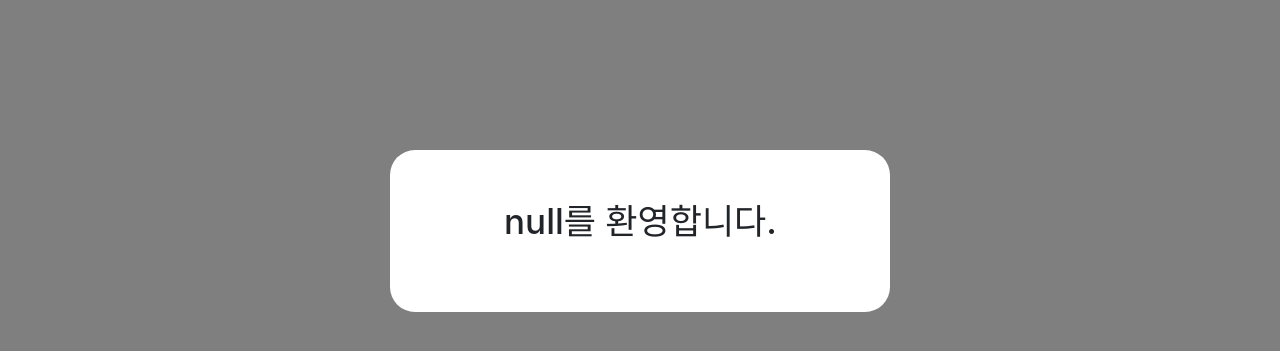
Repository: Jungsol/Servlet_JSP_study
Page: http://localhost/JSP/ex13Login/loginTrue.jsp
The author's editor kept a copy of each file at every save. The page is drawn from the files as they stood at one save, then again after the next save.
The browser window is 1280 px wide. The pictures show the whole page.
Some web libraries are served in a nearby version. The page is served by Tomcat 9.

Above is the page before, as saved 2023-06-19 12:01:40.
Console error: TypeError: Cannot read properties of undefined (reading 'fn')

After the next save:
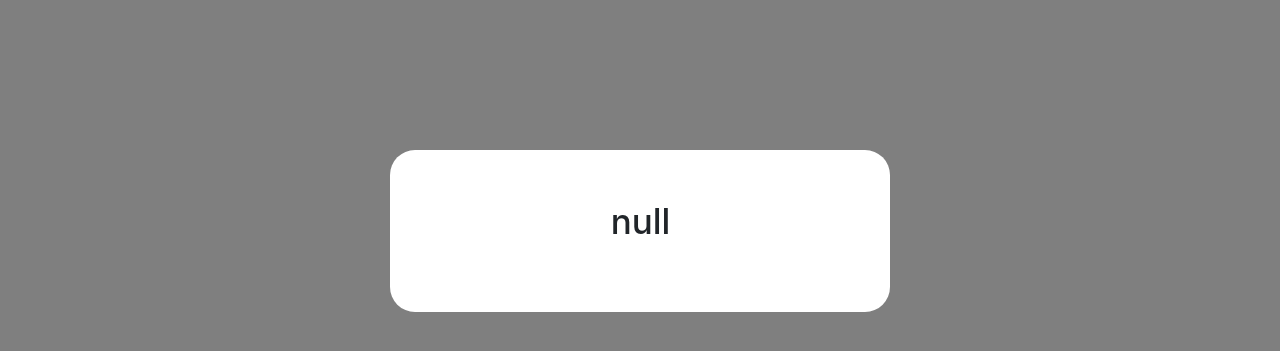
Saved 6 min 4 s later.
--- a/JSP/src/main/webapp/ex13Login/loginTrue.jsp
+++ b/JSP/src/main/webapp/ex13Login/loginTrue.jsp
@@ -15,7 +15,8 @@
 		<div class="main-div">
 			<div class="panel">
 				<!-- id를 웹페이지에 출력하시오. -->
-				<h1><%=request.getParameter("nick") %>를 환영합니다.</h1>
+				<%-- <h1><%=request.getParameter("nick") %>를 환영합니다.</h1> --%>
+				<h1><%=session.getAttribute("user_nick") %></h1>
 
 
 			</div>
